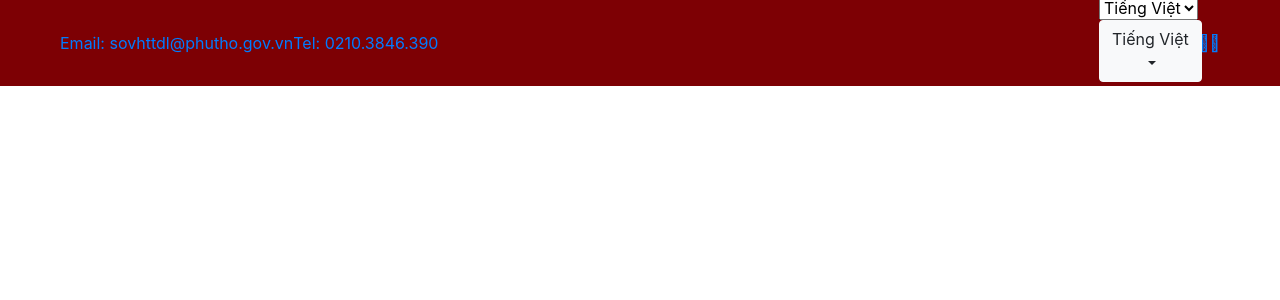
Repository: NgocNB20/Front_end_KLTN
Page: index.html
These files come from the project's save history. The page is drawn as it stood at one moment and after a run of saves; the edit follows.
The browser window is 1280 px wide. The pictures show the whole page.
Some web fonts or font styles are not loaded; a fallback is used. Some web libraries are served in a nearby version.

Above is the page before, as saved 2021-11-28 10:34:25.

### index.html
<!DOCTYPE html>
<html lang="en">

<head>
    <meta charset="UTF-8">
    <meta http-equiv="X-UA-Compatible" content="IE=edge">
    <meta name="viewport" content="width=device-width, initial-scale=1.0">
    <!-- Bootstrap CSS -->
    <link rel="stylesheet" href="https://maxcdn.bootstrapcdn.com/bootstrap/4.0.0/css/bootstrap.min.css"
        integrity="sha384-Gn5384xqQ1aoWXA+058RXPxPg6fy4IWvTNh0E263XmFcJlSAwiGgFAW/dAiS6JXm" crossorigin="anonymous">
    <link
        href="https://fonts.googleapis.com/css?family=Barlow+Condensed:200,300,400,400i,500,600,700,800,900%7CSatisfy&amp;display=swap"
        rel="stylesheet">
    <link rel="stylesheet" href="https://pro.fontawesome.com/releases/v5.10.0/css/all.css"
        integrity="sha384-AYmEC3Yw5cVb3ZcuHtOA93w35dYTsvhLPVnYs9eStHfGJvOvKxVfELGroGkvsg+p" crossorigin="anonymous" />

    <link rel="stylesheet" href="./style.css">
    <title>Travel</title>
</head>

<body>
    <div class="page-wrapper">
        <div class="site-header__header-one-wrap">
            <div class="topbar-one">
                <div class="container-fluid">
                    <div class="topbar-one__left">
                        <a href="mailto:Email: sovhttdl@phutho.gov.vn">Email: sovhttdl@phutho.gov.vn</a>
                        <a href="tel:Tel: 0210.3846.390">Tel: 0210.3846.390</a>
                    </div>
                    <div class="topbar-one__right"></div>
                    <div class="main-nav__right">
                        <div class="dropdown bootstrap-select"><select name="languages" id="languages"
                                class="selectpicker" onchange="javascript:location.href = this.value;" tabindex="-98">
                                <option value="/vi" selected="">Tiếng Việt</option>
                                <option value="/en">English</option>
                            </select><button type="button" class="btn dropdown-toggle btn-light" data-toggle="dropdown"
                                role="button" data-id="languages" title="Tiếng Việt">
                                <div class="filter-option">
                                    <div class="filter-option-inner">
                                        <div class="filter-option-inner-inner">Tiếng Việt</div>
                                    </div>
                                </div>
                            </button>
                            <div class="dropdown-menu " role="combobox">
                                <div class="inner show" role="listbox" aria-expanded="false" tabindex="-1">
                                    <ul class="dropdown-menu inner show"></ul>
                                </div>
                            </div>
                        </div>
                        <a href="#" class="main-nav__search search-popup__toggler"><i class="fal fa-search"></i></a>
                        <a href="#" class="main-nav__login login-popup__toggler"><i class="fal fa-user"></i></a>
                    </div>
                </div>
            </div>
            <div class="container-fluid">

            </div>
        </div>
    </div>

</body>

</html>

### style.css
:root {
    --thm-font: 'Barlow Condensed', sans-serif;
    --heading-font: 'Charmonman', cursive;
    --thm-base: #ffa801;
    --thm-base-rgb: 255, 168, 1;
    --thm-primary: #40b9eb;
    --thm-primary-rgb: 64, 185, 235;
    --thm-secondary: #ff0143;
    --thm-secondary-rgb: 255, 1, 67;
    --thm-black: #082740;
    --thm-black-rgb: 8, 39, 64;
    --thm-gray: #eceeef;
    --blue: #007bff;
    --indigo: #6610f2;
    --purple: #6f42c1;
    --pink: #e83e8c;
    --red: #dc3545;
    --orange: #fd7e14;
    --yellow: #ffc107;
    --green: #28a745;
    --teal: #20c997;
    --cyan: #17a2b8;
    --white: #fff;
    --gray: #6c757d;
    --gray-dark: #343a40;
    --primary: #007bff;
    --secondary: #6c757d;
    --success: #28a745;
    --info: #17a2b8;
    --warning: #ffc107;
    --danger: #dc3545;
    --light: #f8f9fa;
    --dark: #343a40;
    --breakpoint-xs: 0;
    --breakpoint-sm: 576px;
    --breakpoint-md: 768px;
    --breakpoint-lg: 992px;
    --breakpoint-xl: 1200px;
    --font-family-sans-serif: -apple-system,BlinkMacSystemFont,"Segoe UI",Roboto,"Helvetica Neue",Arial,"Noto Sans",sans-serif,"Apple Color Emoji","Segoe UI Emoji","Segoe UI Symbol","Noto Color Emoji";
    --font-family-monospace: SFMono-Regular,Menlo,Monaco,Consolas,"Liberation Mono","Courier New",monospace;
}
.topbar-one {
    background-color: #7d0004;
}
.topbar-one .container-fluid {
    padding-left: 0;
    padding-right: 0;
    display: -webkit-box;
    display: flex;
    -webkit-box-align: center;
    align-items: center;
    -webkit-box-pack: justify;
    justify-content: space-between;
}
.topbar-one__left {
    display: -webkit-box;
    display: flex;
    -webkit-box-align: center;
    align-items: center;
    padding-left: 60px;
}
.topbar-one__right {
    display: -webkit-box;
    display: flex;
    -webkit-box-align: center;
    align-items: center;
}
.main-nav__right {
    margin-left: auto;
    display: -webkit-box;
    display: flex;
    -webkit-box-align: center;
    align-items: center;
    padding-right: 60px;
}
.main-nav__right .bootstrap-select:not([class*="col-"]):not([class*="form-control"]):not(.input-group-btn) {
    width: 100px;
    position: relative;
    top: -4px;
}

After the next 2 saves:
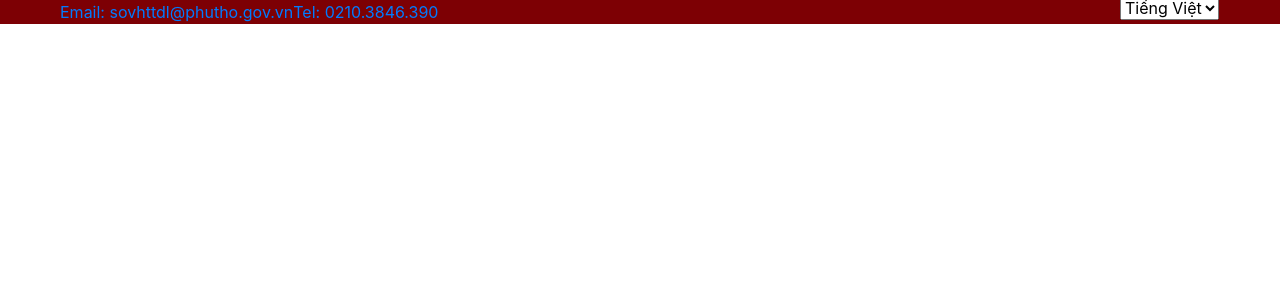
The 2 saves are shown as one change because they came seconds apart.
The last was saved 48 s later.
--- a/index.html
+++ b/index.html
@@ -33,14 +33,14 @@
                                 class="selectpicker" onchange="javascript:location.href = this.value;" tabindex="-98">
                                 <option value="/vi" selected="">Tiếng Việt</option>
                                 <option value="/en">English</option>
-                            </select><button type="button" class="btn dropdown-toggle btn-light" data-toggle="dropdown"
+                            <!-- </select><button type="button" class="btn dropdown-toggle btn-light" data-toggle="dropdown"
                                 role="button" data-id="languages" title="Tiếng Việt">
                                 <div class="filter-option">
                                     <div class="filter-option-inner">
                                         <div class="filter-option-inner-inner">Tiếng Việt</div>
                                     </div>
                                 </div>
-                            </button>
+                            </button> -->
                             <div class="dropdown-menu " role="combobox">
                                 <div class="inner show" role="listbox" aria-expanded="false" tabindex="-1">
                                     <ul class="dropdown-menu inner show"></ul>
